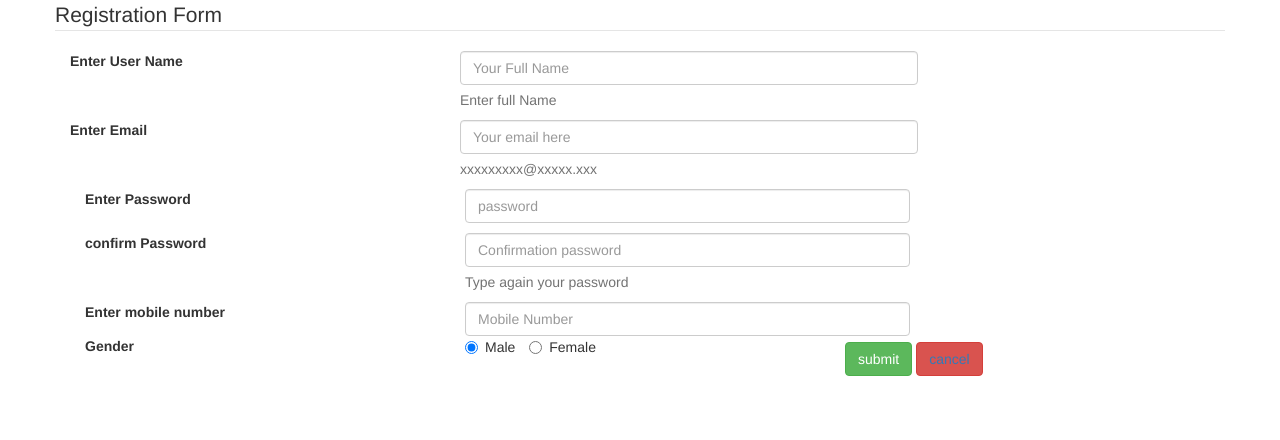
Repository: ashwinipatil321/ServletPrograms
Page: http://localhost/loginAndRegisterServlet/Register.jsp
An editor plug-in stored every save of this project. The page is shown before and after the next save, followed by the edit.
The browser window is 1280 px wide. The pictures show the whole page.
Some web libraries are served in a nearby version. The page is served by Tomcat 9.

Above is the page before, as saved 2017-11-07 07:03:31.

After the next save:
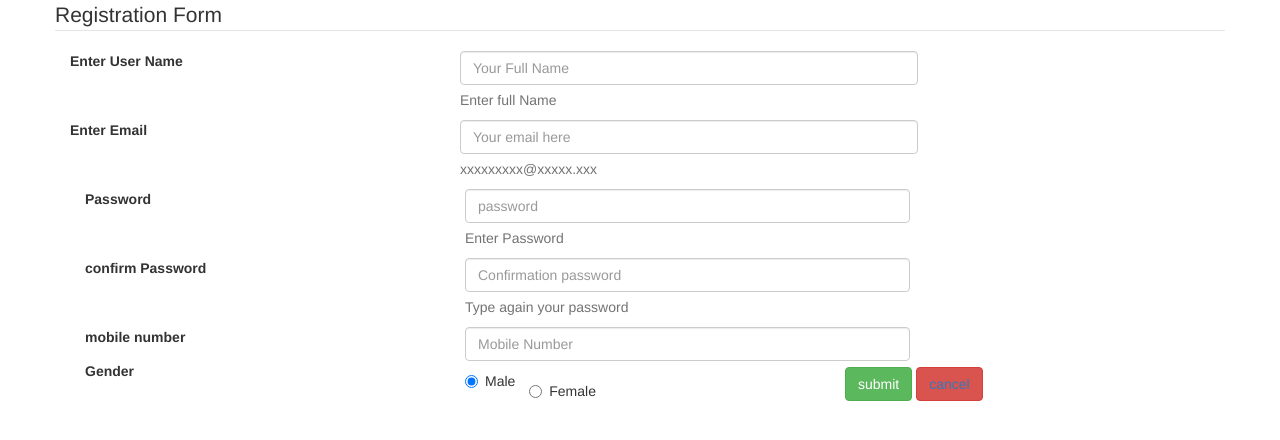
Saved 2 min 27 s later.
--- a/loginAndRegisterServlet/WebContent/Register.jsp
+++ b/loginAndRegisterServlet/WebContent/Register.jsp
@@ -121,12 +121,11 @@
 
 		<!-- Password input-->
 		<div class="form-group">
-			<label class="col-md-4 control-label" for="password">Enter
-				Password </label>
+			<label class="col-md-4 control-label" for="password">Password </label>
 			<div class="col-md-5">
 				<input id="password" name="password" type="password"
 					placeholder="password" class="form-control input-md" required="">
-				<span class="help-block"></span>
+				<span class="help-block">Enter Password</span>
 
 			</div>
 		</div>
@@ -142,24 +141,21 @@
 					your password</span>
 			</div>
 			<div class="form-group">
-				<label class="col-md-4 control-label" for="MobileNumber">Enter
-					mobile number</label>
+				<label class="col-md-4 control-label" for="MobileNumber">mobile number</label>
 				<div class="col-md-5">
 					<input id="MobileNumber" name="MobileNumber" type="text"
 						placeholder="Mobile Number" class="form-control input-md"
 						required="">
-
 				</div>
 
 				<!-- Multiple Radios (inline) -->
 				<div class="form-group">
 					<label class="col-md-4 control-label" for="gender">Gender</label>
 					<div class="col-md-4">
-						<label class="radio-inline" for="gender-0"> <input
-							type="radio" name="gender" id="gender-0" value="Male"
-							checked="checked"> Male
-						</label> <label class="radio-inline" for="gender-1"> <input
-							type="radio" name="gender" id="gender-1" value="Female">
+						<label class="radio-inline" for="gender-0">
+						<input type="radio" name="gender" id="gender-0" value="Male" checked="checked"> Male
+						</label> <label class="radio-inline" for="gender-1"> <br>
+						<input type="radio" name="gender" id="gender-1" value="Female">
 							Female
 						</label>
 					</div>
